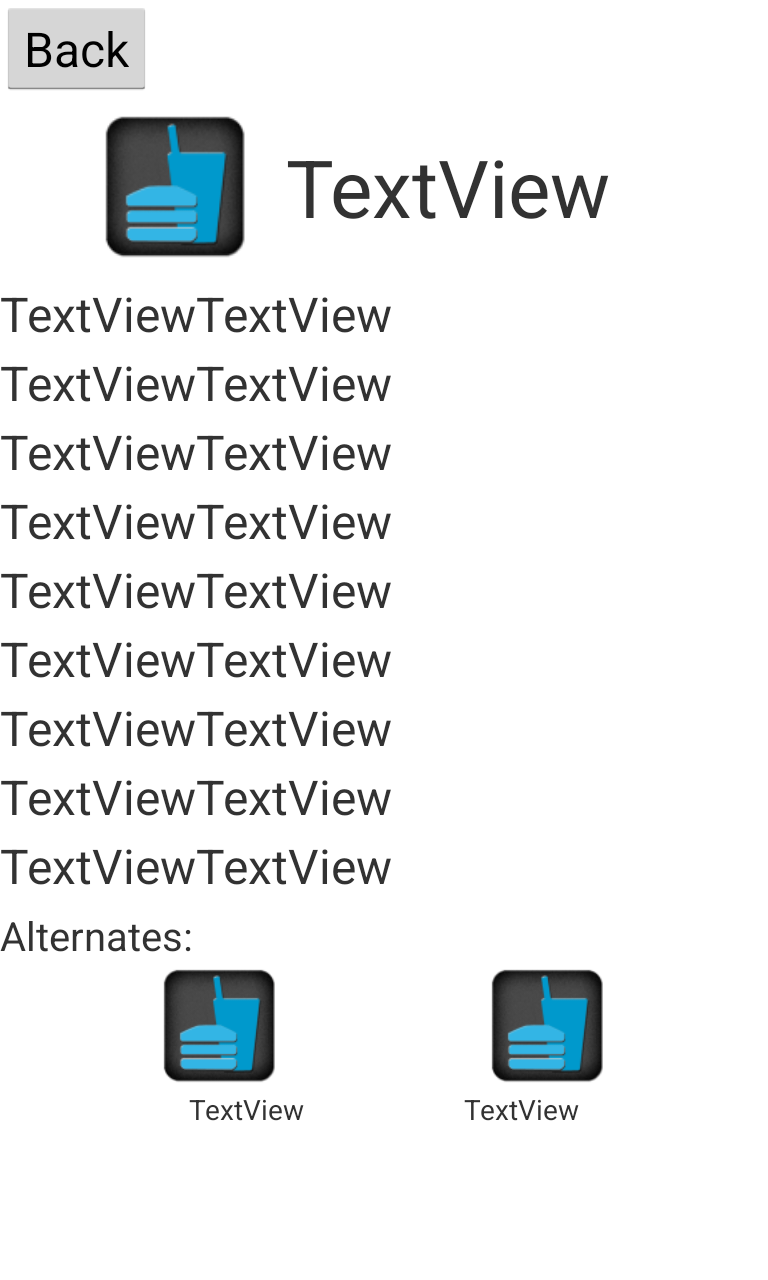
Repository: vitchyr/javoe
Layout: FirstRelease/res/layout/food.xml
The author's editor kept a copy of each file at every save. The layout is drawn from the files as they stood at one save, then again after the next save.
It is drawn on a 768 x 1280 px phone screen (xhdpi) without system bars, with theme AppTheme; the app's code is not run.

Above is the layout before, as saved 2013-08-19 00:13:01.

### FirstRelease/res/layout/food.xml
<LinearLayout xmlns:android="http://schemas.android.com/apk/res/android"
    xmlns:tools="http://schemas.android.com/tools"
    android:layout_width="fill_parent"
    android:layout_height="fill_parent"
    android:orientation="vertical"
    tools:context=".FoodActivity" >

    <Button
        android:id="@+id/button1"
        style="?android:attr/buttonStyleSmall"
        android:layout_width="wrap_content"
        android:layout_height="wrap_content"
        android:text="Back"
        android:textSize="24sp" />

    <TextView
        android:id="@+id/textView2"
        android:layout_width="wrap_content"
        android:layout_height="5dp" />

    <LinearLayout
        android:layout_width="match_parent"
        android:layout_height="wrap_content"
        android:gravity="center_vertical"
        android:paddingLeft="48dp" >

        <ImageView
            android:id="@+id/imageView1"
            android:layout_width="80dp"
            android:layout_height="80dp"
            android:src="@drawable/ic_launcher" />

        <TextView
            android:id="@+id/textView1"
            android:layout_width="wrap_content"
            android:layout_height="wrap_content"
            android:paddingLeft="15dp"
            android:text="TextView"
            android:textSize="40sp" />

    </LinearLayout>

    <TextView
        android:id="@+id/textView3"
        android:layout_width="wrap_content"
        android:layout_height="5dp" />

    <TableLayout
        android:layout_width="match_parent"
        android:layout_height="wrap_content"
        android:orientation="vertical" >

        <TableRow
            android:id="@+id/tableRow1"
            android:layout_width="wrap_content"
            android:layout_height="wrap_content"
            android:paddingTop="2dp" >

            <TextView
                android:id="@+id/textView4"
                android:layout_width="wrap_content"
                android:layout_height="wrap_content"
                android:text="TextView"
                android:textSize="24sp" />

            <TextView
                android:id="@+id/textView5"
                android:layout_width="wrap_content"
                android:layout_height="wrap_content"
                android:text="TextView"
                android:textSize="24sp" />

        </TableRow>

        <TableRow
            android:id="@+id/tableRow2"
            android:layout_width="wrap_content"
            android:layout_height="wrap_content"
            android:paddingTop="2dp" >

            <TextView
                android:id="@+id/textView6"
                android:layout_width="wrap_content"
                android:layout_height="wrap_content"
                android:text="TextView"
                android:textSize="24sp" />

            <TextView
                android:id="@+id/textView7"
                android:layout_width="wrap_content"
                android:layout_height="wrap_content"
                android:text="TextView"
                android:textSize="24sp" />

        </TableRow>

        <TableRow
            android:id="@+id/tableRow3"
            android:layout_width="wrap_content"
            android:layout_height="wrap_content"
            android:paddingTop="2dp" >

            <TextView
                android:id="@+id/textView8"
                android:layout_width="wrap_content"
                android:layout_height="wrap_content"
                android:text="TextView"
                android:textSize="24sp" />

            <TextView
                android:id="@+id/textView9"
                android:layout_width="wrap_content"
                android:layout_height="wrap_content"
                android:text="TextView"
                android:textSize="24sp" />

        </TableRow>

        <TableRow
            android:id="@+id/tableRow4"
            android:layout_width="wrap_content"
            android:layout_height="wrap_content"
            android:paddingTop="2dp" >

            <TextView
                android:id="@+id/textView10"
                android:layout_width="wrap_content"
                android:layout_height="wrap_content"
                android:text="TextView"
                android:textSize="24sp" />

            <TextView
                android:id="@+id/textView11"
                android:layout_width="wrap_content"
                android:layout_height="wrap_content"
                android:text="TextView"
                android:textSize="24sp" />

        </TableRow>

        <TableRow
            android:id="@+id/tableRow5"
            android:layout_width="wrap_content"
            android:layout_height="wrap_content"
            android:paddingTop="2dp" >

            <TextView
                android:id="@+id/textView12"
                android:layout_width="wrap_content"
                android:layout_height="wrap_content"
                android:text="TextView"
                android:textSize="24sp" />

            <TextView
                android:id="@+id/textView13"
                android:layout_width="wrap_content"
                android:layout_height="wrap_content"
                android:text="TextView"
                android:textSize="24sp" />

        </TableRow>

        <TableRow
            android:id="@+id/tableRow6"
            android:layout_width="wrap_content"
            android:layout_height="wrap_content"
            android:paddingTop="2dp" >

            <TextView
                android:id="@+id/textView14"
                android:layout_width="wrap_content"
                android:layout_height="wrap_content"
                android:text="TextView"
                android:textSize="24sp" />

            <TextView
                android:id="@+id/textView15"
                android:layout_width="wrap_content"
                android:layout_height="wrap_content"
                android:text="TextView"
                android:textSize="24sp" />

        </TableRow>

        <TableRow
            android:id="@+id/tableRow7"
            android:layout_width="wrap_content"
            android:layout_height="wrap_content"
            android:paddingTop="2dp" >

            <TextView
                android:id="@+id/textView16"
                android:layout_width="wrap_content"
                android:layout_height="wrap_content"
                android:text="TextView"
                android:textSize="24sp" />

            <TextView
                android:id="@+id/textView17"
                android:layout_width="wrap_content"
                android:layout_height="wrap_content"
                android:text="TextView"
                android:textSize="24sp" />

        </TableRow>

        <TableRow
            android:id="@+id/tableRow8"
            android:layout_width="wrap_content"
            android:layout_height="wrap_content"
            android:paddingTop="2dp" >

            <TextView
                android:id="@+id/textView18"
                android:layout_width="wrap_content"
                android:layout_height="wrap_content"
                android:text="TextView"
                android:textSize="24sp" />

            <TextView
                android:id="@+id/textView19"
                android:layout_width="wrap_content"
                android:layout_height="wrap_content"
                android:text="TextView"
                android:textSize="24sp" />

        </TableRow>

        <TableRow
            android:id="@+id/tableRow9"
            android:layout_width="wrap_content"
            android:layout_height="wrap_content"
            android:paddingTop="2dp" >

            <TextView
                android:id="@+id/textView20"
                android:layout_width="wrap_content"
                android:layout_height="wrap_content"
                android:text="TextView"
                android:textSize="24sp" />

            <TextView
                android:id="@+id/textView21"
                android:layout_width="wrap_content"
                android:layout_height="wrap_content"
                android:text="TextView"
                android:textSize="24sp" />

        </TableRow>

    </TableLayout>

    <TextView
        android:id="@+id/textView22"
        android:layout_width="wrap_content"
        android:layout_height="5dp" />

    <TextView
        android:id="@+id/textView23"
        android:layout_width="wrap_content"
        android:layout_height="wrap_content"
        android:text="Alternates:"
        android:textSize="20sp" />

    <LinearLayout
        android:layout_width="match_parent"
        android:layout_height="wrap_content"
        android:gravity="center" >

        <ImageView
            android:id="@+id/imageView2"
            android:layout_width="64dp"
            android:layout_height="64dp"
            android:src="@drawable/ic_launcher" />

        <TextView
            android:id="@+id/textView24"
            android:layout_width="100dp"
            android:layout_height="wrap_content" />

        <ImageView
            android:id="@+id/imageView3"
            android:layout_width="64dp"
            android:layout_height="64dp"
            android:src="@drawable/ic_launcher" />

    </LinearLayout>

    <LinearLayout
        android:layout_width="match_parent"
        android:layout_height="wrap_content"
        android:gravity="center" >

        <TextView
            android:id="@+id/textView25"
            android:layout_width="wrap_content"
            android:layout_height="wrap_content"
            android:text="TextView"
            android:textSize="14sp" />

        <TextView
            android:id="@+id/textView26"
            android:layout_width="80dp"
            android:layout_height="wrap_content" />

        <TextView
            android:id="@+id/textView27"
            android:layout_width="wrap_content"
            android:layout_height="wrap_content"
            android:text="TextView"
            android:textSize="14sp" />

    </LinearLayout>

</LinearLayout>

Loaded but not shown: FirstRelease/res/values/styles.xml (common file); FirstRelease/res/values-v11/styles.xml (common file); FirstRelease/res/values-v14/styles.xml (common file)

After the next save:
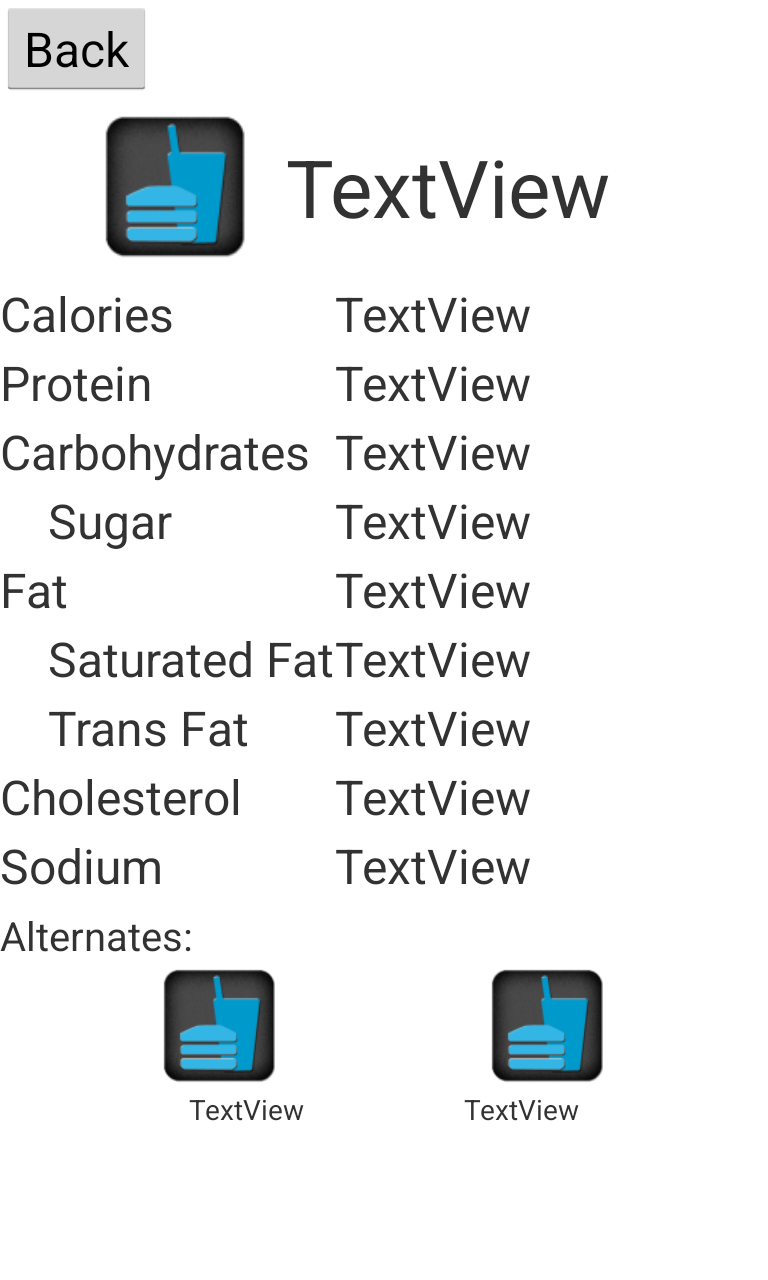
Saved 5 min 9 s later.
--- a/FirstRelease/res/layout/food.xml
+++ b/FirstRelease/res/layout/food.xml
@@ -60,7 +60,7 @@
                 android:id="@+id/textView4"
                 android:layout_width="wrap_content"
                 android:layout_height="wrap_content"
-                android:text="TextView"
+                android:text="Calories"
                 android:textSize="24sp" />
 
             <TextView
@@ -82,7 +82,7 @@
                 android:id="@+id/textView6"
                 android:layout_width="wrap_content"
                 android:layout_height="wrap_content"
-                android:text="TextView"
+                android:text="Protein"
                 android:textSize="24sp" />
 
             <TextView
@@ -104,7 +104,7 @@
                 android:id="@+id/textView8"
                 android:layout_width="wrap_content"
                 android:layout_height="wrap_content"
-                android:text="TextView"
+                android:text="Carbohydrates"
                 android:textSize="24sp" />
 
             <TextView
@@ -126,7 +126,7 @@
                 android:id="@+id/textView10"
                 android:layout_width="wrap_content"
                 android:layout_height="wrap_content"
-                android:text="TextView"
+                android:text="    Sugar"
                 android:textSize="24sp" />
 
             <TextView
@@ -148,7 +148,7 @@
                 android:id="@+id/textView12"
                 android:layout_width="wrap_content"
                 android:layout_height="wrap_content"
-                android:text="TextView"
+                android:text="Fat"
                 android:textSize="24sp" />
 
             <TextView
@@ -170,7 +170,7 @@
                 android:id="@+id/textView14"
                 android:layout_width="wrap_content"
                 android:layout_height="wrap_content"
-                android:text="TextView"
+                android:text="    Saturated Fat"
                 android:textSize="24sp" />
 
             <TextView
@@ -192,7 +192,7 @@
                 android:id="@+id/textView16"
                 android:layout_width="wrap_content"
                 android:layout_height="wrap_content"
-                android:text="TextView"
+                android:text="    Trans Fat"
                 android:textSize="24sp" />
 
             <TextView
@@ -214,7 +214,7 @@
                 android:id="@+id/textView18"
                 android:layout_width="wrap_content"
                 android:layout_height="wrap_content"
-                android:text="TextView"
+                android:text="Cholesterol"
                 android:textSize="24sp" />
 
             <TextView
@@ -236,7 +236,7 @@
                 android:id="@+id/textView20"
                 android:layout_width="wrap_content"
                 android:layout_height="wrap_content"
-                android:text="TextView"
+                android:text="Sodium"
                 android:textSize="24sp" />
 
             <TextView
